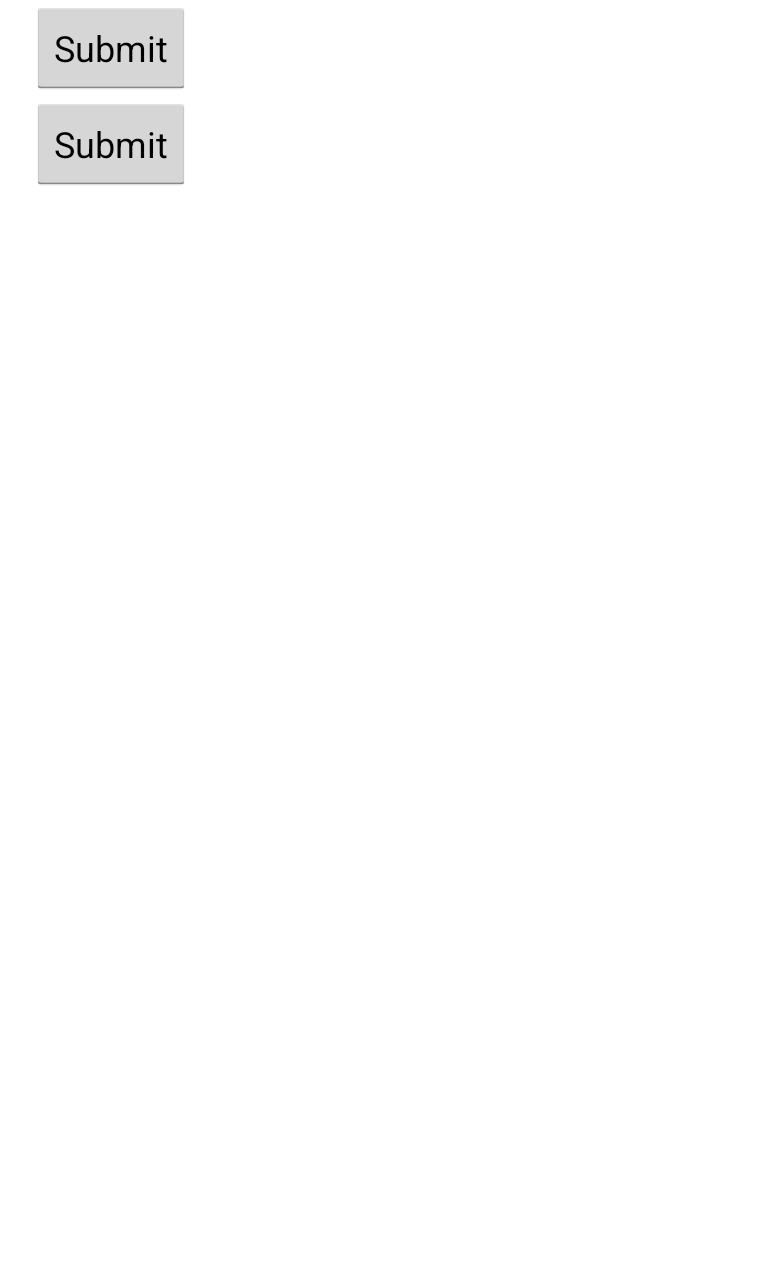
Repository: sbobra/women-startupweekend-sf
Layout: LaundryList/res/layout/activity_explore.xml
These files come from the project's save history. The layout is drawn as it stood at one moment and after the next save; the edit follows.
It is drawn on a 768 x 1280 px phone screen (xhdpi) without system bars, with theme AppTheme; the app's code is not run. Lists and similar views that code fills are empty.

Above is the layout before, as saved 2013-09-15 03:13:09.

### LaundryList/res/layout/activity_explore.xml
<!--
  Copyright 2012 The Android Open Source Project

  Licensed under the Apache License, Version 2.0 (the "License");
  you may not use this file except in compliance with the License.
  You may obtain a copy of the License at

      http://www.apache.org/licenses/LICENSE-2.0

  Unless required by applicable law or agreed to in writing, software
  distributed under the License is distributed on an "AS IS" BASIS,
  WITHOUT WARRANTIES OR CONDITIONS OF ANY KIND, either express or implied.
  See the License for the specific language governing permissions and
  limitations under the License.
-->
<LinearLayout xmlns:android="http://schemas.android.com/apk/res/android"
    xmlns:tools="http://schemas.android.com/tools"
    android:layout_width="match_parent"
    android:layout_height="match_parent"
    android:orientation="vertical" >
<LinearLayout
    android:layout_width="match_parent"
    android:layout_height="match_parent"
    android:orientation="vertical" >
    <Button
        android:id="@+id/loginButton"
        android:layout_width="wrap_content"
        android:layout_height="wrap_content"
        android:layout_marginLeft="15dp"
        android:text="Submit" />

    <Button
        android:id="@+id/loginButton"
        android:layout_width="wrap_content"
        android:layout_height="wrap_content"
        android:layout_marginLeft="15dp"
        android:text="Submit" />
    </LinearLayout>

    <android.support.v4.view.ViewPager
        android:id="@+id/pager"
        android:layout_width="match_parent"
        android:layout_height="match_parent" />

</LinearLayout>

Loaded but not shown: LaundryList/res/values/styles.xml (common file); LaundryList/res/values-v11/styles.xml (common file); LaundryList/res/values-v14/styles.xml (common file)

After the next save:
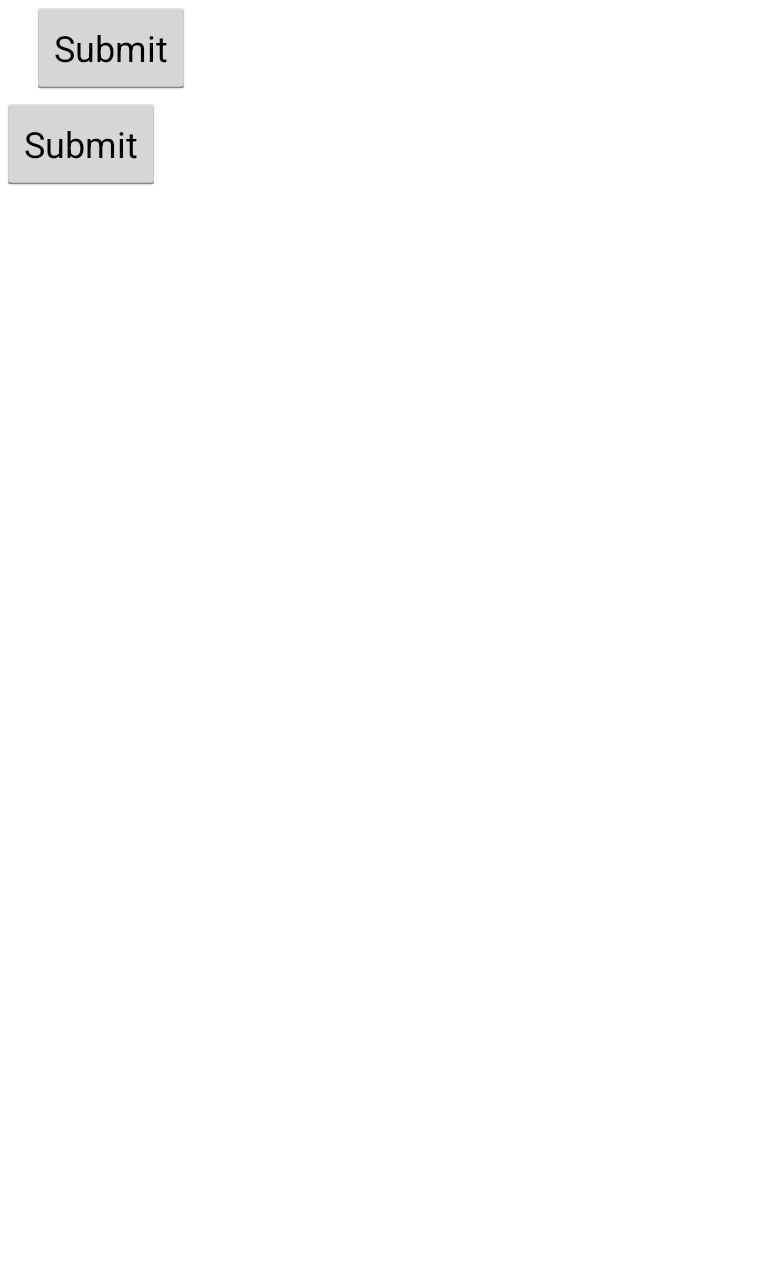
Saved 14 s later.
--- a/LaundryList/res/layout/activity_explore.xml
+++ b/LaundryList/res/layout/activity_explore.xml
@@ -33,7 +33,7 @@
         android:id="@+id/loginButton"
         android:layout_width="wrap_content"
         android:layout_height="wrap_content"
-        android:layout_marginLeft="15dp"
+        android:layout_gravity="left"
         android:text="Submit" />
     </LinearLayout>
 
